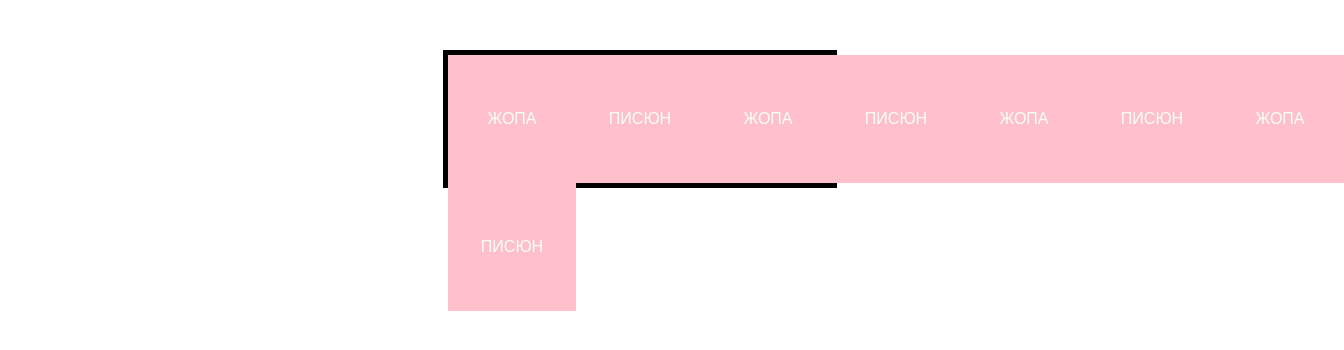
Repository: RobinKite/web_core_hws
Page: projects/slider.html
The author's editor kept a copy of each file at every save. The page is drawn from the files as they stood at one save, then again after the next save.
The browser window is 1280 px wide. The page is 1344 px wide, so the pictures cover 1344 px, including what lies to the right of the window. The pictures show the whole page.

Above is the page before, as saved 2020-04-07 20:41:12.
Console error: TypeError: Cannot set properties of null (setting 'onclick')

After the next save:
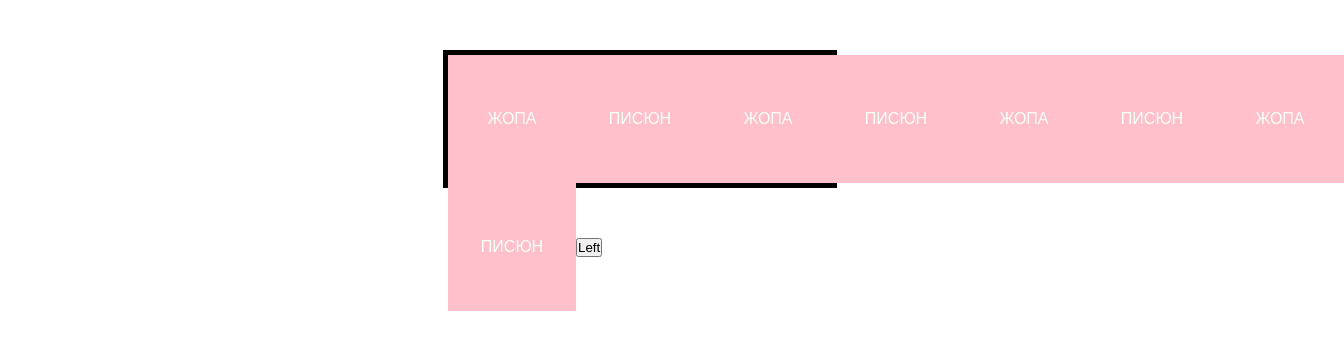
The error is gone.
Saved 45 s later.
--- a/projects/slider.html
+++ b/projects/slider.html
@@ -23,6 +23,8 @@
             <div class="line-item">ПИСЮН</div>
         </div>
     </div>
+
+    <button id="slider-left">Left</button>
 </body>
 
 </html>
